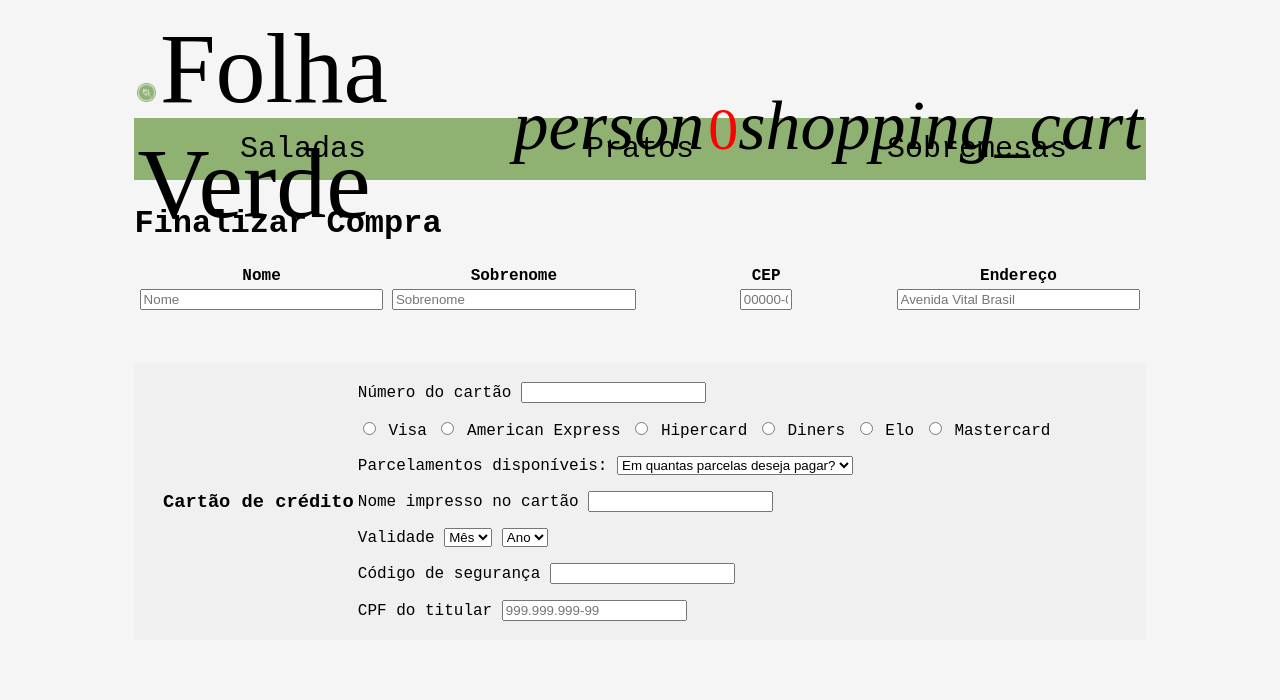
Repository: maaelphd/FolhaVerde
Page: http://localhost/FolhaVerde/Payment.jsp
These files come from the project's save history. The page is drawn as it stood at one moment and after the next save; the edit follows.
The browser window is 1280 px wide. The pictures show the whole page.
Some web fonts or font styles are not loaded; a fallback is used. The page is served by Tomcat 9. Other server files are loaded and not shown.

Above is the page before, as saved 2018-06-04 02:33:31.

### FolhaVerde/WebContent/Payment.jsp
<%@ page language="java" contentType="text/html; charset=UTF-8"
	pageEncoding="UTF-8"%>
<%@ taglib uri="http://java.sun.com/jsp/jstl/core" prefix="c"%>
<!DOCTYPE html>
<html>
<head>
	<meta charset="UTF-8">
	<title>Restaurante Folha Verde - Pagamento</title>

	<link rel="stylesheet" href="${pageContext.request.contextPath}/CSS/Payment.css"/>
</head>
<body>
	<div id="wrapper">
		<c:import url="NavBar.jsp"></c:import>

		<div id="divPageContent">

			<div class="PaymentHeaderContent">
				<h1 class="PaymentText">Finalizar Compra</h1>
			</div>

			<div class="divPaymentDataTable">
				<table class="w3-table PaymentsDataTable">
					<tr>
						<th>
							Nome
						</th>
						<th>
							Sobrenome
						</th>
						<th>
							CEP
						</th>
						<th>
							Endereço
						</th>
					</tr>
					<tr>
						<td class="tdInpUserName">
							<input type="text" id="inpUserName" placeholder="Nome" name="data[userName]">
						</td>
						<td class="tdInpUserLastName">
							<input type="text" id="inpUserLastName" placeholder="Sobrenome" name="data[userLastName]">
						</td>
						<td class="tdInpUserCEPCode">
							<input type="text" min="" id="inpUserCEPCode" placeholder="00000-000" name="data[userCEPCode]">
						</td>
						<td class="tdInpUserAdress">
							<input type="text" min="" id="inpUserAdress" placeholder="Avenida Vital Brasil" name="data[userAdress]">
						</td>
					</tr>
				</table>
			</div>

			<div class="divPaymentChoiceTable">
				<table class="w3-table PaymentsChoiceTable">
					<tr>
						<td class="paymenTableTitle">
							<h3>Cartão de crédito</h3>
						</td>
						<td class="paymenTableContent">
							<div class="CardForm">
								<div>
									<p class="PaymentCardNumber input text required">
										<label class="FormFieldLabel " for="creditCardpayment-card-0Number">Número do cartão</label>
										<input type="tel" id="creditCardpayment-card-0Number" class="input-medium  error" name="cardNumber" maxlength="30" value="">
									</p>
									<div class="PaymentCardFlags clearfix form-inline">
										<p class="card-flags active">
											<label class="radio card-flag-label" for="creditCardselectedCard0cc-0" title="Visa">
												<input type="radio" class="card-flag-radio" id="creditCardselectedCard0cc-0" name="creditCardselectedCardFlag-0" tabindex="-1" value="2">
												<span class="card-flag Visa ">Visa</span>
											</label>
											<label class="radio card-flag-label" for="creditCardselectedCard1cc-0" title="American Express">
												<input type="radio" class="card-flag-radio" id="creditCardselectedCard1cc-0" name="creditCardselectedCardFlag-0" tabindex="-1" value="1">
												<span class="card-flag American Express ">American Express</span>
											</label>
											<label class="radio card-flag-label" for="creditCardselectedCard2cc-0" title="Hipercard">
												<input type="radio" class="card-flag-radio" id="creditCardselectedCard2cc-0" name="creditCardselectedCardFlag-0" tabindex="-1" value="8">
												<span class="card-flag Hipercard ">Hipercard</span>
											</label>
											<label class="radio card-flag-label" for="creditCardselectedCard3cc-0" title="Diners">
												<input type="radio" class="card-flag-radio" id="creditCardselectedCard3cc-0" name="creditCardselectedCardFlag-0" tabindex="-1" value="3">
												<span class="card-flag Diners card-selected">Diners</span>
											</label>
											<label class="radio card-flag-label" for="creditCardselectedCard4cc-0" title="Elo">
												<input type="radio" class="card-flag-radio" id="creditCardselectedCard4cc-0" name="creditCardselectedCardFlag-0" tabindex="-1" value="9">
												<span class="card-flag Elo ">Elo</span>
											</label>
											<label class="radio card-flag-label" for="creditCardselectedCard5cc-0" title="Mastercard">
												<input type="radio" class="card-flag-radio" id="creditCardselectedCard5cc-0" name="creditCardselectedCardFlag-0" tabindex="-1" value="4">
												<span class="card-flag Mastercard ">Mastercard</span>
											</label>
										</p>
									</div>
								</div>
								<div class="PaymentInstallments ">
									<p class="select required">
										<label class="FormFieldLabel hide" for="creditCardpayment-card-0Brand">Parcelamentos disponíveis:</label>
										<select class="input-xlarge " id="creditCardpayment-card-0Brand">
											<option value="">Em quantas parcelas deseja pagar?</option>
											<option value="1">1x-</option>
											<option value="2">2x-</option>
											<option value="2">3x-</option>
											<option value="2">4x-</option>
											<optgroup label=""></optgroup>
										</select>
									</p>
								</div>
								<div>
									<p class="PaymentCardHolderName">
										<label class="FormFieldLabel " for="creditCardpayment-card-0Name">Nome impresso no cartão</label>
										<input type="text" class="input-medium  " id="creditCardpayment-card-0Name" name="ccName" value="">
									</p>
									<div class="PaymentCardDueDate clearfix">
										<p class="payment-card-due-month input text required">
											<label class="FormFieldLabel pull-left" for="creditCardpayment-card-0Month">Validade</label>
											<select class="input-mini " id="creditCardpayment-card-0Month" name="cardExpirationMonth">
												<option value="">Mês</option>
												<option value="01">01</option>
												<option value="02">02</option>
												<option value="03">03</option>
												<option value="04">04</option>
												<option value="05">05</option>
												<option value="06">06</option>
												<option value="07">07</option>
												<option value="08">08</option>
												<option value="09">09</option>
												<option value="10">10</option>
												<option value="11">11</option>
												<option value="12">12</option>
											</select>


											<select class="input-mini " id="creditCardpayment-card-0Year" name="cardExpirationYear">
												<option value="">Ano</option>
												<option value="18">18</option>
												<option value="19">19</option>
												<option value="20">20</option>
												<option value="21">21</option>
												<option value="22">22</option>
												<option value="23">23</option>
												<option value="24">24</option>
												<option value="25">25</option>
												<option value="26">26</option>
												<option value="27">27</option>
												<option value="28">28</option>
												<option value="29">29</option>
												<option value="30">30</option>
												<option value="31">31</option>
												<option value="32">32</option>
												<option value="33">33</option>
												<option value="34">34</option>
												<option value="35">35</option>
												<option value="36">36</option>
												<option value="37">37</option>
												<option value="38">38</option>
												<option value="39">39</option>
												<option value="40">40</option>
											</select>

										</p>
									</div>
								</div>
								<p class="PaymentCardCVV input text required">
									<label class="FormFieldLabel " for="creditCardpayment-card-0Code">Código de segurança</label>
									<input type="tel" id="creditCardpayment-card-0Code" class="input-mini   " maxlength="3" value="">
								</p>
								<p class="PaymentCardHolderDocument input text required mask">
									<label class="FormFieldLabel " for="holder-document-0">CPF do titular</label>
									<input type="tel" id="holder-document-0" class="input-small  " value="" placeholder="999.999.999-99">
								</p>
							</div>
						</td>
					</tr>
				</table>
			</div>
		</div>

	</div>
</body>
<footer></footer>
<script>
</script>
</html>

### FolhaVerde/WebContent/NavBar.jsp
<%@ page language="java" contentType="text/html; charset=UTF-8"	pageEncoding="UTF-8"%>
<%@ taglib uri="http://java.sun.com/jsp/jstl/core" prefix="c"%>
<!DOCTYPE html>
	 <meta charset="UTF-8">

 	<link href="https://fonts.googleapis.com/icon?family=Material+Icons" rel="stylesheet">
	<link rel="stylesheet" href="${pageContext.request.contextPath}/CSS/Pages.css"/>
	<link rel="stylesheet" href="${pageContext.request.contextPath}/CSS/NavBar.css"/>
	<link rel="stylesheet" href="${pageContext.request.contextPath}/CSS/RobotoFonts.css" type="text/css">
	<link rel="stylesheet" href="${pageContext.request.contextPath}/CSS/IndieFlower.css" type="text/css">

	<div class="LogoHeader">
		<table class="w3-table TopBarTable">
			<tr>
				<td>
					<div class="LogoImg">
						<a href="index.jsp"><img src="${pageContext.request.contextPath}/imgs/LOGO.png"> <span class="NomeEmpresaLogo"> Folha Verde </span></a>
					</div>
				</td>
				<td id="PersonIcoCol">
					<i class="material-icons" id="PersonIco">person</i>
				</td>
				<td id="shoppingCartIcoCol">
					<span class="ItensCountNumber">0</span><i class="material-icons" id="shoppingCartIco">shopping_cart</i>
				</td>
			</tr>
		</table>
	</div>

	<nav>
		<ul class="horizontal">
			<li><a href="#home" class="SaladTab">Saladas</a></li>
			<li><a href="#news" class="PlateTab">Pratos</a></li>
			<li><a href="#contact" class="DessertTab">Sobremesas</a></li>
		</ul>
	</nav>

	<!-- JQUERY & BOOTSTRAP  -->

	<!-- jQuery Reference -->
	<!-- <script src="${pageContext.request.contextPath}/jquery-ui/jquery-ui.min.js"></script> -->
	<script src="${pageContext.request.contextPath}/jquery-ui/jquery-3.3.1.min.js"></script>
	<script src="https://cdnjs.cloudflare.com/ajax/libs/jquery.mask/1.14.10/jquery.mask.js"></script>


	<script src="https://maxcdn.bootstrapcdn.com/bootstrap/3.3.7/js/bootstrap.min.js"></script>

	<script>
	$(document).ready(function () {

	  	$(".nav a").on("click", function(){
	  	   $(".nav").find(".active").removeClass("active");
	  	   $(this).parent().addClass("active");
	  	});

	});
	//# sourceURL=pen.js
	</script>

### FolhaVerde/WebContent/CSS/Payment.css
body {
	font-family: 'Roboto Mono', monospace;
}

.w3-content.w3-section
{
	align-items: center;
	margin: 0 auto;
	width: 100%;
	height: 100%;
}

.divPaymentChoiceTable,
.divPaymentDataTable {
	width: 80%;;
	margin: 0 auto;
}

.PaymentsChoiceTable,
.PaymentsDataTable {
	width: 100%;;
	margin: 0 auto;
	text-align: center;
}

.PaymentHeaderContent {
	width: 80%;;
	margin: 0 auto;
	text-align: left;
}

.tdInpUserName input, .tdInpUserLastName input,
.tdInpUserAdress input {
	width: 95%;
}

.tdInpUserCEPCode input {
	width: 18%;
}

.PaymentsChoiceTable {
	background-color: #f0f0f0;
}

.PaymentsChoiceTable {
	margin: 5% auto 0 auto;
}

.paymenTableTitle {
	text-align: right;
}

.paymenTableContent{
	text-align: left;
}

### FolhaVerde/WebContent/CSS/Pages.css
html, body {
	background-color: #f5f5f5;
	font-family: 'Roboto Mono', monospace;
}

#divPageContent
{
	display: block;
	margin-top: 2%;
}

.TopBar {
	border: 1px solid black;
}

### FolhaVerde/WebContent/CSS/NavBar.css
nav {
	width: 80%;
	text-align: center;
	margin: 0% auto;
}

ul {
    list-style-type: none;
    margin: 0;
    padding: 0;
    overflow: hidden;
    background-color: #8FB171;
}

li {
    float: left;
    width: 33.33333%;
}

li a {
    display: block;
    color: white;
    text-align: center;
    padding: 14px 16px;
    text-decoration: none;
}

li a.SaladTab,
li a.PlateTab,
li a.DessertTab {
    font-size: 30px;
}

/* Change the link color to #111 (black) on hover */
li a:hover {
    background-color: #badd9b;
}

a:link {
	color: inherit;
	text-decoration: none;
}

.LogoHeader
{
	width: 80%;
	height: 110px;
	text-align: left;
	margin: 0% auto;
	font-family: 'Indie Flower', cursive;
}

.LogoImg img
{
	width: 5%;
	height: 5%;
}

.NomeEmpresaLogo {
	font-size: 100px;
	font-family:
}

#shoppingCartIco,
#PersonIco {
	font-size: 70px;
}

.TopBarTable{
	width: 100%;
}

.ItensCountNumber {
	font-size: 60px;
	color: #ff0000;
	font-family: 'Indie Flower', cursive;
}

.SaladTab.active, .PlateTab.active, .DessertTab.active{
	background-color: #badd9b;
}

### FolhaVerde/WebContent/CSS/RobotoFonts.css
/* cyrillic-ext */
@font-face {
  font-family: 'Roboto Mono';
  font-style: normal;
  font-weight: 400;
  src: local('Roboto Mono'), local('RobotoMono-Regular'), url(https://fonts.gstatic.com/s/robotomono/v5/L0x5DF4xlVMF-BfR8bXMIjhGq3-OXg.woff2) format('woff2');
  unicode-range: U+0460-052F, U+1C80-1C88, U+20B4, U+2DE0-2DFF, U+A640-A69F, U+FE2E-FE2F;
}
/* cyrillic */
@font-face {
  font-family: 'Roboto Mono';
  font-style: normal;
  font-weight: 400;
  src: local('Roboto Mono'), local('RobotoMono-Regular'), url(https://fonts.gstatic.com/s/robotomono/v5/L0x5DF4xlVMF-BfR8bXMIjhPq3-OXg.woff2) format('woff2');
  unicode-range: U+0400-045F, U+0490-0491, U+04B0-04B1, U+2116;
}
/* greek-ext */
@font-face {
  font-family: 'Roboto Mono';
  font-style: normal;
  font-weight: 400;
  src: local('Roboto Mono'), local('RobotoMono-Regular'), url(https://fonts.gstatic.com/s/robotomono/v5/L0x5DF4xlVMF-BfR8bXMIjhHq3-OXg.woff2) format('woff2');
  unicode-range: U+1F00-1FFF;
}
/* greek */
@font-face {
  font-family: 'Roboto Mono';
  font-style: normal;
  font-weight: 400;
  src: local('Roboto Mono'), local('RobotoMono-Regular'), url(https://fonts.gstatic.com/s/robotomono/v5/L0x5DF4xlVMF-BfR8bXMIjhIq3-OXg.woff2) format('woff2');
  unicode-range: U+0370-03FF;
}
/* vietnamese */
@font-face {
  font-family: 'Roboto Mono';
  font-style: normal;
  font-weight: 400;
  src: local('Roboto Mono'), local('RobotoMono-Regular'), url(https://fonts.gstatic.com/s/robotomono/v5/L0x5DF4xlVMF-BfR8bXMIjhEq3-OXg.woff2) format('woff2');
  unicode-range: U+0102-0103, U+0110-0111, U+1EA0-1EF9, U+20AB;
}
/* latin-ext */
@font-face {
  font-family: 'Roboto Mono';
  font-style: normal;
  font-weight: 400;
  src: local('Roboto Mono'), local('RobotoMono-Regular'), url(https://fonts.gstatic.com/s/robotomono/v5/L0x5DF4xlVMF-BfR8bXMIjhFq3-OXg.woff2) format('woff2');
  unicode-range: U+0100-024F, U+0259, U+1E00-1EFF, U+2020, U+20A0-20AB, U+20AD-20CF, U+2113, U+2C60-2C7F, U+A720-A7FF;
}
/* latin */
@font-face {
  font-family: 'Roboto Mono';
  font-style: normal;
  font-weight: 400;
  src: local('Roboto Mono'), local('RobotoMono-Regular'), url(https://fonts.gstatic.com/s/robotomono/v5/L0x5DF4xlVMF-BfR8bXMIjhLq38.woff2) format('woff2');
  unicode-range: U+0000-00FF, U+0131, U+0152-0153, U+02BB-02BC, U+02C6, U+02DA, U+02DC, U+2000-206F, U+2074, U+20AC, U+2122, U+2191, U+2193, U+2212, U+2215, U+FEFF, U+FFFD;
}

### FolhaVerde/WebContent/CSS/IndieFlower.css
/* latin */
@font-face {
  font-family: 'Indie Flower';
  font-style: normal;
  font-weight: 400;
  src: local('Indie Flower'), local('IndieFlower'), url(https://fonts.gstatic.com/s/indieflower/v9/m8JVjfNVeKWVnh3QMuKkFcZVaUuH.woff2) format('woff2');
  unicode-range: U+0000-00FF, U+0131, U+0152-0153, U+02BB-02BC, U+02C6, U+02DA, U+02DC, U+2000-206F, U+2074, U+20AC, U+2122, U+2191, U+2193, U+2212, U+2215, U+FEFF, U+FFFD;
}

Loaded but not shown: FolhaVerde/WebContent/jquery-ui/jquery-3.3.1.min.js (library)

After the next save:
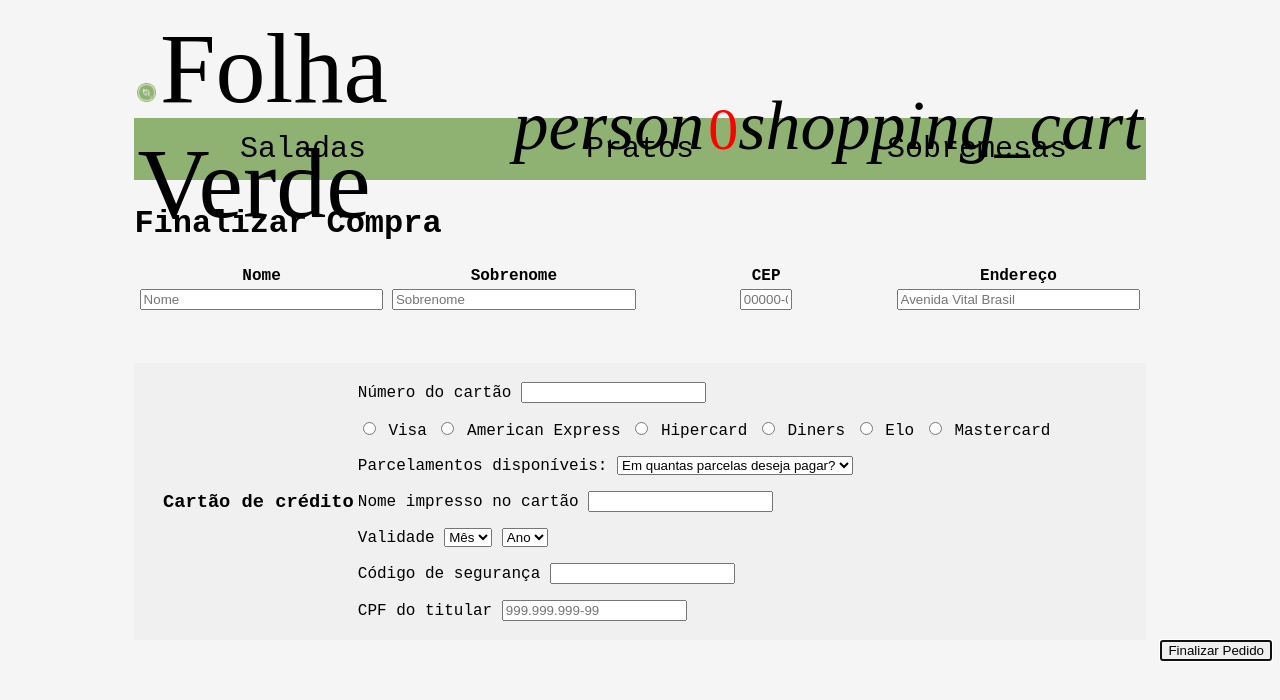
Saved 62 s later.
--- a/FolhaVerde/WebContent/Payment.jsp
+++ b/FolhaVerde/WebContent/Payment.jsp
@@ -175,6 +175,10 @@
 					</tr>
 				</table>
 			</div>
+
+			<div class="btn buttonsDiv" align="right">
+				<button type="button" autofocus>Finalizar Pedido</button>
+			</div>
 		</div>
 
 	</div>
